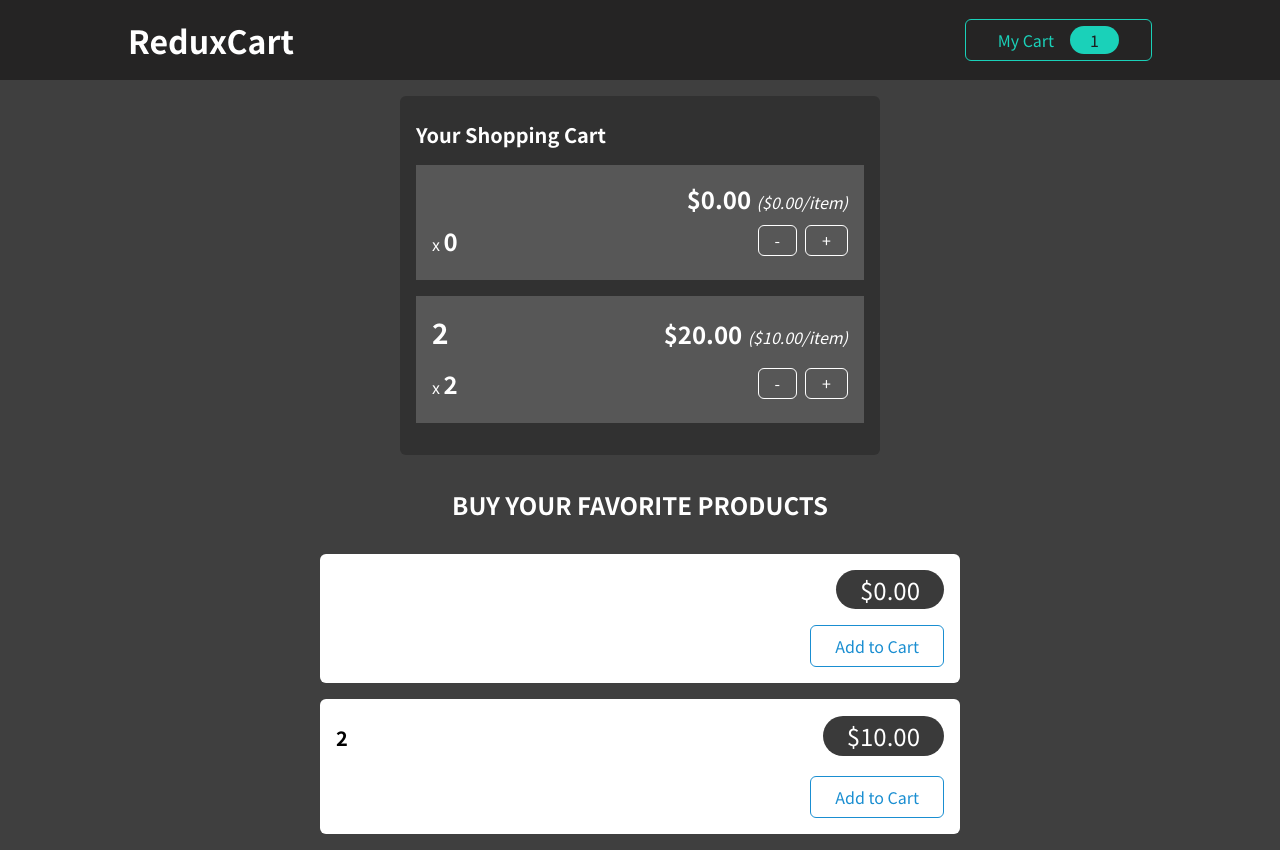
Repository: NamalPathirana/Redux-two-async
Page: /
An editor plug-in stored every save of this project. The page is shown before and after a run of saves, followed by the edit.
The browser window is 1280 px wide. The pictures show the whole page.
The project was rebuilt for these pictures with package versions that can differ from the ones it lists, and the page was loaded fresh each time.

Above is the page before, as saved 2022-04-13 14:59:59.

After the next 2 saves:
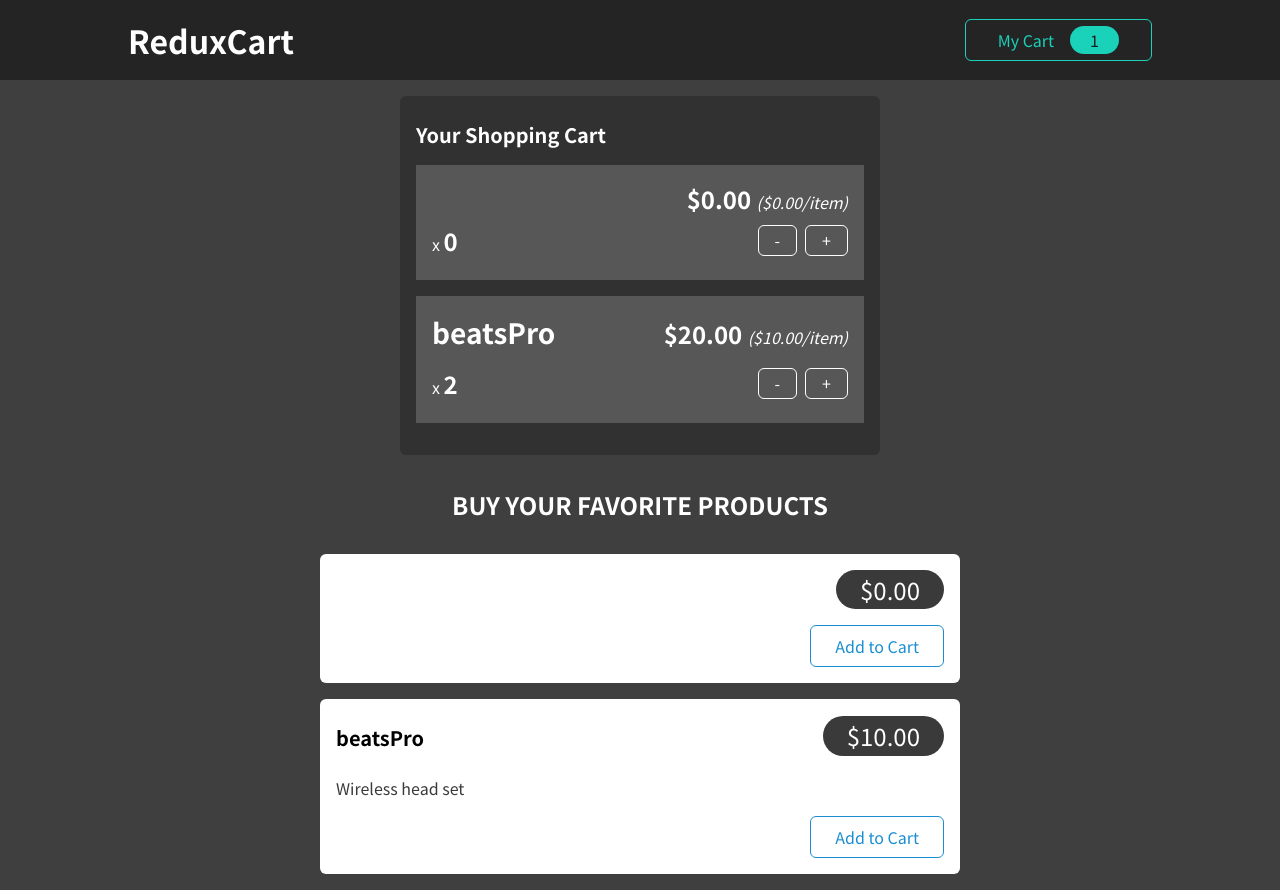
The 2 saves are shown as one change because they came seconds apart.
The last was saved 57 s later.
--- a/src/store/cart.js
+++ b/src/store/cart.js
@@ -45,7 +45,8 @@
       } else {
         state.items.push({
           id: userEnteredItem.id,
-          name: userEnteredItem.quantity,
+          name: userEnteredItem.name,
+          description:userEnteredItem.description,
           quantity: userEnteredItem.quantity,
           price: userEnteredItem.price,
           totalPrice: userEnteredItem.price * userEnteredItem.quantity,
